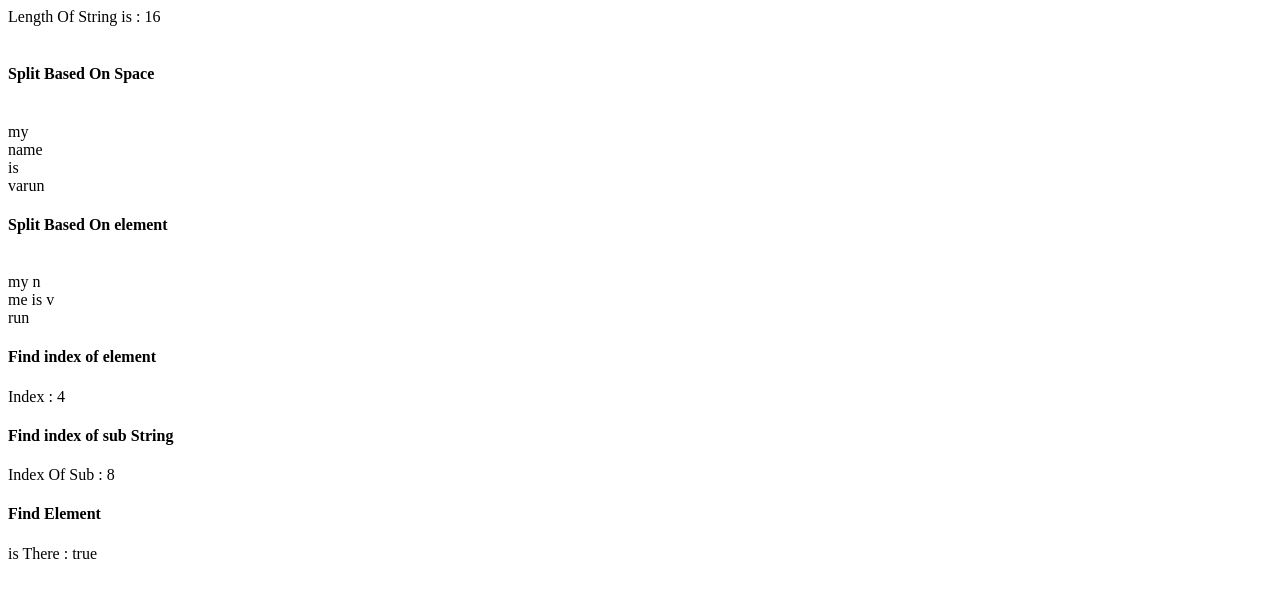
Repository: Kvarun0/JSP_JSTL_SERVLET
Page: http://localhost/C_Jsp_With_Jstl_Basic/jsp_jstl_function.jsp
An editor plug-in stored every save of this project. The page is shown before and after the next save, followed by the edit.
The browser window is 1280 px wide. The pictures show the whole page.
The page is served by Tomcat 9. Other server files are loaded and not shown.

Above is the page before, as saved 2023-02-03 16:24:59.

### C_Jsp_With_Jstl_Basic/WebContent/jsp_jstl_function.jsp
<%@ page language="java" contentType="text/html; charset=ISO-8859-1"
    pageEncoding="ISO-8859-1"%>

<%@ taglib prefix="c" uri="http://java.sun.com/jsp/jstl/core" %>
<%@ taglib prefix="fn" uri="http://java.sun.com/jsp/jstl/functions" %>

<!DOCTYPE html PUBLIC "-//W3C//DTD HTML 4.01 Transitional//EN" "http://www.w3.org/TR/html4/loose.dtd">
<html>
<head>
<meta http-equiv="Content-Type" content="text/html; charset=ISO-8859-1">
<title>Insert title here</title>
</head>
<body>

	<c:set var="st" value="my name is varun" />


	<!-- For Finding Length -->
	Length Of String is : ${fn:length(st)}
	<br>
	<br>


	<!-- For Split String -->
	<h4>Split Based On Space</h4>
	<c:forEach items="${fn:split(st,' ')}" var="spl">
		<br>
		${spl}
	</c:forEach>


	<h4>Split Based On element</h4>
	<c:forEach items="${fn:split(st,'a')}" var="splita">
		<br>
		${splita }
	</c:forEach>


	<!-- For Finding Index -->
	<h4>Find index of element</h4>
	Index : ${fn:indexOf(st,"a")}

	<h4>Find index of sub String</h4>
	Index Of Sub : ${fn:indexOf(st,"is")}



	<!-- For Checking element is thare in string or not -->
	<h4>Find Element </h4>
	is There : ${fn:contains(st,"is")}


	</body>

</html>

After the next save:
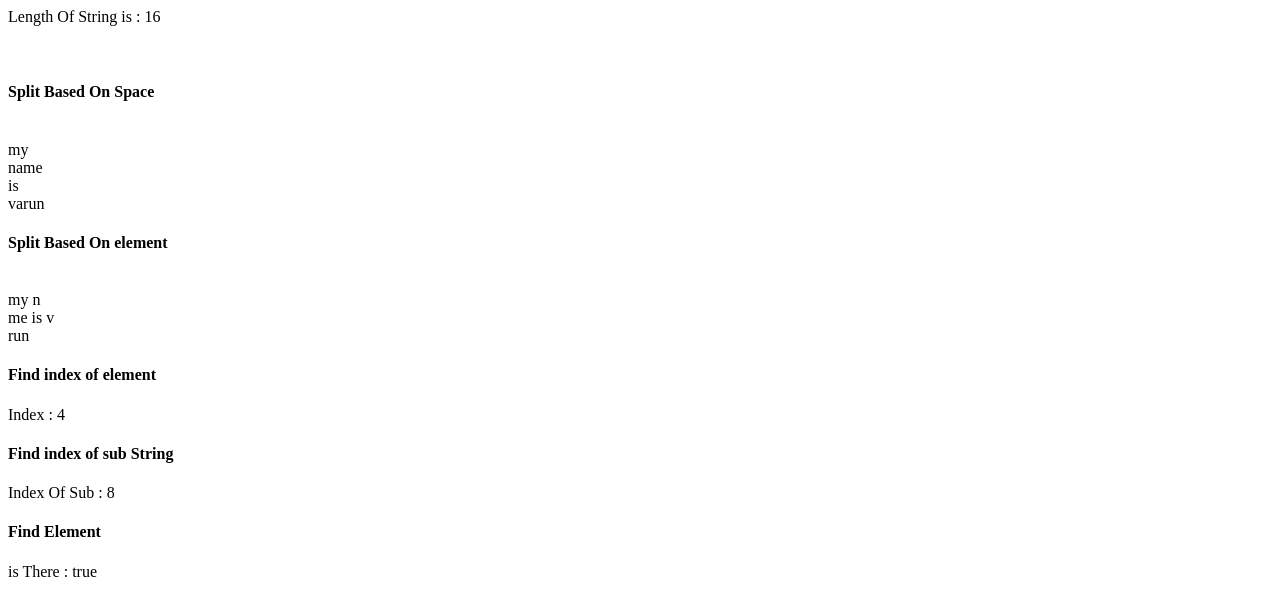
Saved 26 s later.
--- a/C_Jsp_With_Jstl_Basic/WebContent/jsp_jstl_function.jsp
+++ b/C_Jsp_With_Jstl_Basic/WebContent/jsp_jstl_function.jsp
@@ -21,6 +21,7 @@
 	<br>
 
 
+	<br/>
 	<!-- For Split String -->
 	<h4>Split Based On Space</h4>
 	<c:forEach items="${fn:split(st,' ')}" var="spl">
@@ -28,7 +29,7 @@
 		${spl}
 	</c:forEach>
 
-
+	<br/>
 	<h4>Split Based On element</h4>
 	<c:forEach items="${fn:split(st,'a')}" var="splita">
 		<br>
@@ -36,6 +37,7 @@
 	</c:forEach>
 
 
+	<br/>
 	<!-- For Finding Index -->
 	<h4>Find index of element</h4>
 	Index : ${fn:indexOf(st,"a")}
@@ -44,7 +46,7 @@
 	Index Of Sub : ${fn:indexOf(st,"is")}
 
 
-
+	<br/>
 	<!-- For Checking element is thare in string or not -->
 	<h4>Find Element </h4>
 	is There : ${fn:contains(st,"is")}

After the save that followed:
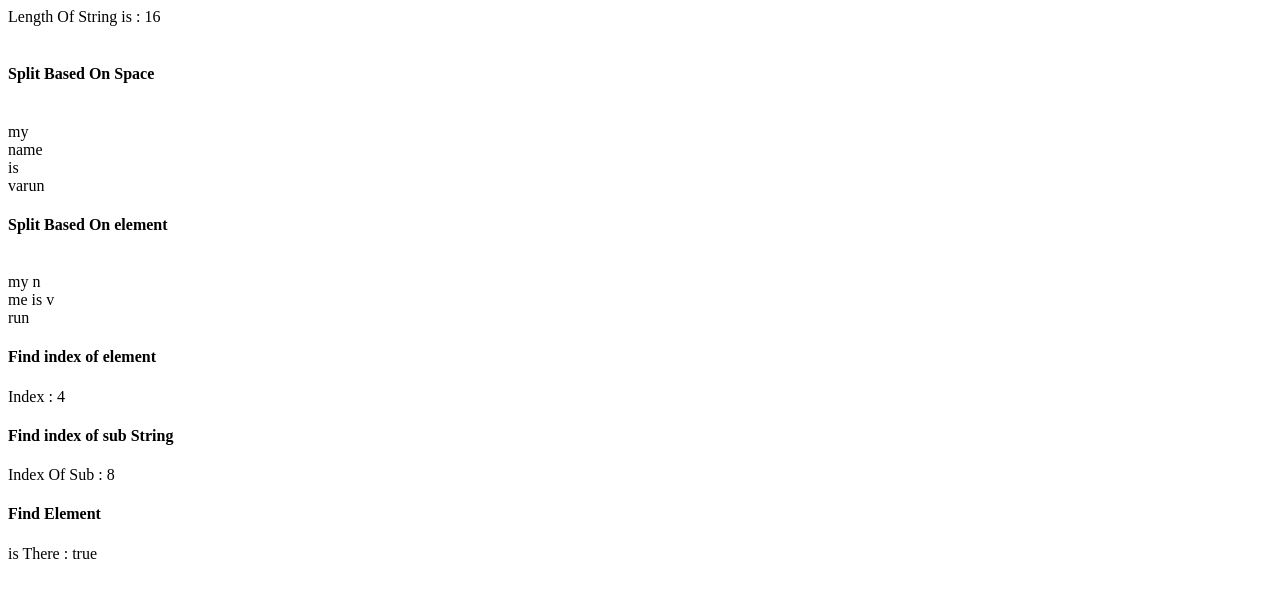
Saved 4 s later.
--- a/C_Jsp_With_Jstl_Basic/WebContent/jsp_jstl_function.jsp
+++ b/C_Jsp_With_Jstl_Basic/WebContent/jsp_jstl_function.jsp
@@ -18,8 +18,6 @@
 	<!-- For Finding Length -->
 	Length Of String is : ${fn:length(st)}
 	<br>
-	<br>
-
 
 	<br/>
 	<!-- For Split String -->
